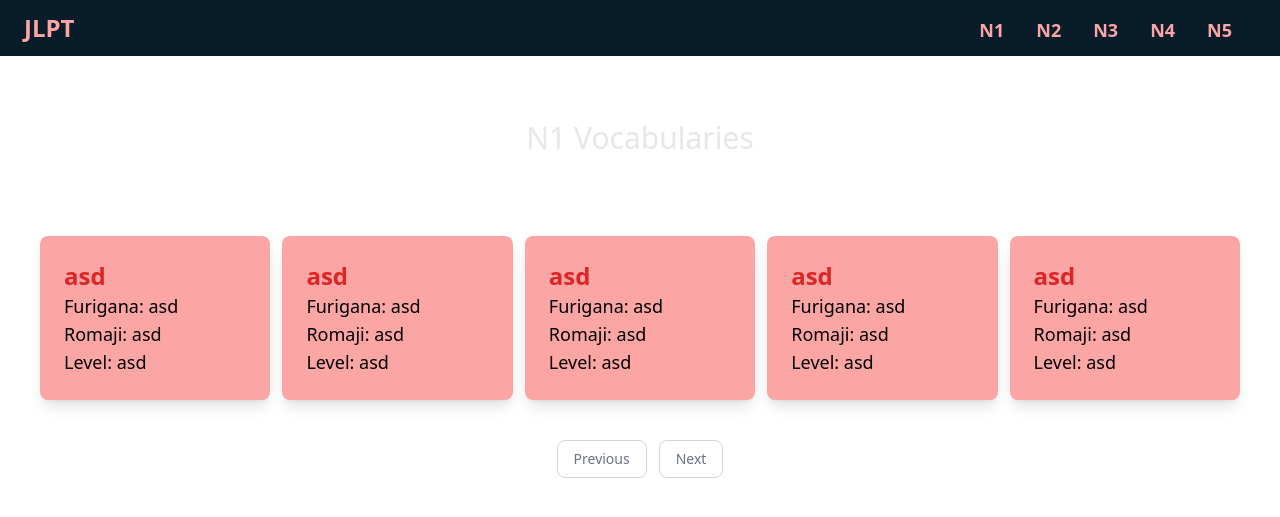
Repository: Penglee25/JLPT-vocabulary
Page: /n1
An editor plug-in stored every save of this project. The page is shown before and after a run of saves, followed by the edit.
The browser window is 1280 px wide. The pictures show the whole page.
The project was rebuilt for these pictures with package versions that can differ from the ones it lists, and the page was loaded fresh each time. The framework's server and built-in components were replaced by stand-ins that run in the browser. Also part of the build but not shown: next.config.js, src/styles/main.css.

Above is the page before, as saved 2023-03-17 15:05:55.

### src/pages/_app.tsx
import type { AppProps } from 'next/app';
import React from 'react';
import Head from '../components/head';

import '../styles/global.css';
import '../styles/main.css';

function MyApp({ Component, pageProps }: AppProps) {
  return (
    <React.Fragment>
      <Head />
      <Component {...pageProps} />
    </React.Fragment>
  )
}

export default MyApp;

### src/pages/n1.tsx
import Navbar from "../components/navbar";

export default function n1() {

    return (
        <div>
            <Navbar />
            <div className="container p-10">

                <div className="text-center my-20">
                    <span className="text-3xl text-gray-200">N1 Vocabularies</span>
                </div>

                <div className=" grid md:grid-cols-5 gap-3 grid-cols-3">
                    <div key={0} className="block rounded-lg bg-red-300 p-6 shadow-lg dark:bg-neutral-700">
                        <span className='text-2xl font-bold text-red-600'>asd</span>
                        <p className='my-0 text-lg'>Furigana: asd</p>
                        <p className='my-0 text-lg'>Romaji: asd</p>
                        <p className='my-0 text-lg'>Level: asd</p>
                    </div>
                    <div key={0} className="block rounded-lg bg-red-300 p-6 shadow-lg dark:bg-neutral-700">
                        <span className='text-2xl font-bold text-red-600'>asd</span>
                        <p className='my-0 text-lg'>Furigana: asd</p>
                        <p className='my-0 text-lg'>Romaji: asd</p>
                        <p className='my-0 text-lg'>Level: asd</p>
                    </div>
                    <div key={0} className="block rounded-lg bg-red-300 p-6 shadow-lg dark:bg-neutral-700">
                        <span className='text-2xl font-bold text-red-600'>asd</span>
                        <p className='my-0 text-lg'>Furigana: asd</p>
                        <p className='my-0 text-lg'>Romaji: asd</p>
                        <p className='my-0 text-lg'>Level: asd</p>
                    </div>
                    <div key={0} className="block rounded-lg bg-red-300 p-6 shadow-lg dark:bg-neutral-700">
                        <span className='text-2xl font-bold text-red-600'>asd</span>
                        <p className='my-0 text-lg'>Furigana: asd</p>
                        <p className='my-0 text-lg'>Romaji: asd</p>
                        <p className='my-0 text-lg'>Level: asd</p>
                    </div>
                    <div key={0} className="block rounded-lg bg-red-300 p-6 shadow-lg dark:bg-neutral-700">
                        <span className='text-2xl font-bold text-red-600'>asd</span>
                        <p className='my-0 text-lg'>Furigana: asd</p>
                        <p className='my-0 text-lg'>Romaji: asd</p>
                        <p className='my-0 text-lg'>Level: asd</p>
                    </div>
                </div>

                <div className="pagination text-center mt-10">
                    <a href="#" className="inline-flex items-center px-4 py-2 text-sm font-medium text-gray-500 bg-white border border-gray-300 rounded-lg hover:bg-gray-100 hover:text-gray-700 dark:bg-gray-800 dark:border-gray-700 dark:text-gray-400 dark:hover:bg-gray-700 dark:hover:text-white">
                        Previous
                    </a>
                    <a href="#" className="inline-flex items-center px-4 py-2 ml-3 text-sm font-medium text-gray-500 bg-white border border-gray-300 rounded-lg hover:bg-gray-100 hover:text-gray-700 dark:bg-gray-800 dark:border-gray-700 dark:text-gray-400 dark:hover:bg-gray-700 dark:hover:text-white">
                        Next
                    </a>
                </div>

            </div>
        </div>
    )
}

### src/components/head.tsx
import NextHead from 'next/head';

const title = 'JLPT Vocabulary API';
const desc = 'A RESTful / GraphQL API for JPLT vocabulary from N5 to N1';
const url = 'https://jlpt-keiz.vercel.app';

export default function Head() {
  return (
    <NextHead>
      <title>{title}</title>
      <meta name="description" content={desc} />
      <link rel="shortcut icon" type="image/x-icon" href="/icon-r.png" />

      <meta property="og:type" content="website" />
      <meta property="og:title" content={title} />
      <meta property="og:description" content={desc} />
      <meta property="og:url" content={url} />
      <meta property="og:image" content={`${url}/icon-s.png`} />

      <meta name="twitter:card" content="summary" />
    </NextHead>
  );
}

### src/styles/global.css
@tailwind base;
@tailwind components;
@tailwind utilities;

html {
  @apply antialiased;
}

.levels{
  color: #a2a2a2;
  font-weight: 600;
  transition: .3s;
  cursor: pointer;
}

.levels::after{
  content: '\261B';
  margin-left: 5px;
  position: absolute;
}

.levels:hover{
  color: black;
  text-decoration: underline;
}

### src/components/navbar.tsx
import Link from 'next/link'
import { useState } from 'react'

import { navLinks } from '../utils/data'

export default function Navbar() {
    const [isOpen, setIsOpen] = useState(false)
    const animate = useState(true)


    const NavMobile = ({ onClick }: any) => {
        // const animate = useStartAnimation()

        // return (
        //     <div className={`md:hidden flex flex-col text-white font-dosis w-11/12 mx-auto pl-2 pb-5 ${animate? '': 'translate-x-60 -translate-y-7 opacity-0'} transform transition duration-1000`}>

        //     </div>
        // )
    }

    return (
        <div style={{ backgroundColor: '#091c29' }} className='fixed top-0 w-full z-20 px-6'>
            <div className="w-full mx-auto py-3 flex items-center justify-between text-red-300 font-dosis transform transition duration-2500 text-2xl font-bold cursor-pointer">
                <Link href={navLinks[0].path}>
                <h3> JLPT </h3>
                </Link>
                <div className={`hidden md:block ${animate ? '' : 'translate-x-20 opacity-0'} transform transition duration-2500`}>
                    {
                        navLinks.map((nav: any, i) => (
                            <Link key={i} href={nav.path}>
                                <span className='font-bold text-lg mr-4 px-2 cursor-pointer border-b-2 border-transparent hover:border-white anim'>{nav.name}</span>
                            </Link>
                        ))
                    }
                </div>

                <div className='md:hidden -mr-1 flex'>
                </div>
            </div>


        </div>
    )
}

### src/utils/data.ts
export const navLinks = [
    { name: "",
     path: "/"
    },
    {
      name: "N1",
      path: "/n1",
    },
    {
      name: "N2",
      path: "/N2",
    },
    {
      name: "N3",
      path: "/N3",
    },
    {
      name: "N4",
      path: "/N4",
    },
    {
      name: "N5",
      path: "/N5",
    },
  ];

### tailwind.config.js
module.exports = {
	content: ["./src/**/*.tsx"],
	theme: {
		extend: {
			animation: {
				none: "none",
				spin: "spin 1s linear infinite",
				ping: "ping 1s cubic-bezier(0, 0, 0.2, 1) infinite",
				pulse: "pulse 2s cubic-bezier(0.4, 0, 0.6, 1) infinite",
				pulse1s: "pulse1s 1s cubic-bezier(0.4, 0, 0.6, 1) infinite",
				bounce: "bounce 1s infinite",
				newbounce: "newbounce 1s infinite",
				rebounce: "rebounce 1s infinite",
				float: "float 3s infinite",
				refloat: "refloat 3s infinite",
			},
			fontSize: {
				xs: ["0.75rem", { lineHeight: "1rem" }],
				sm: ["0.875rem", { lineHeight: "1.25rem" }],
				base: ["1rem", { lineHeight: "1.5rem" }],
				lg: ["1.125rem", { lineHeight: "1.75rem" }],
				xl: ["1.25rem", { lineHeight: "1.75rem" }],
				"2xl": ["1.5rem", { lineHeight: "2rem" }],
				"3xl": ["1.875rem", { lineHeight: "2.25rem" }],
				"4xl": ["2.25rem", { lineHeight: "2.5rem" }],
				"5xl": ["3rem", { lineHeight: "1" }],
				"6xl": ["3.75rem", { lineHeight: "1" }],
				"7xl": ["4.5rem", { lineHeight: "1" }],
				"8xl": ["6rem", { lineHeight: "1" }],
				"9xl": ["8rem", { lineHeight: "1" }],
			},
		},
	},
	plugins: [require("@tailwindcss/typography")],
};

After the next 2 saves:
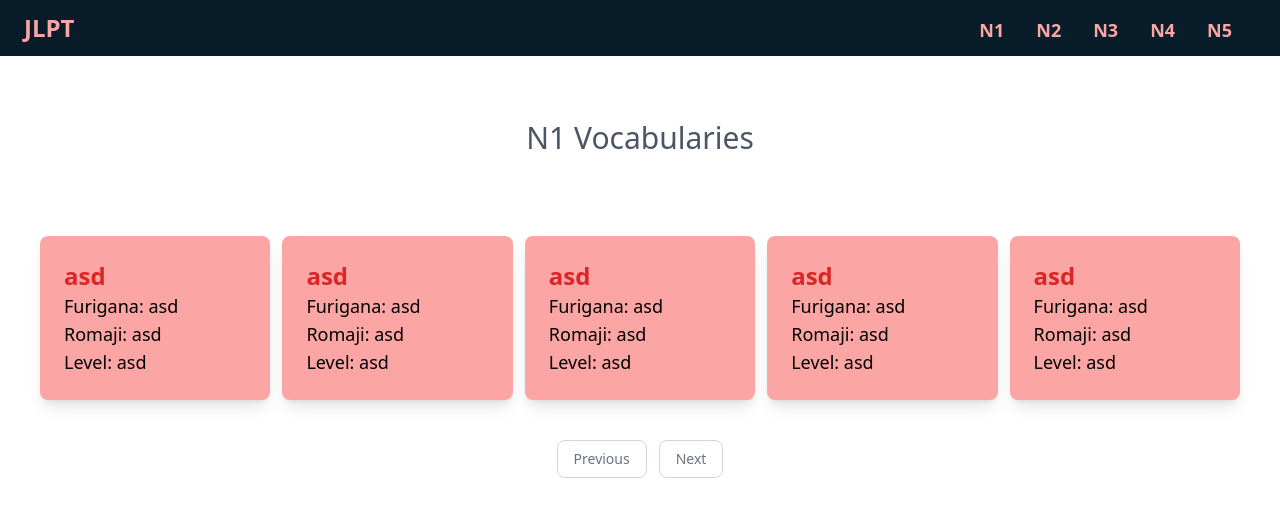
The 2 saves are shown as one change because they came seconds apart.
The last was saved 13 s later.
--- a/src/pages/n1.tsx
+++ b/src/pages/n1.tsx
@@ -8,7 +8,7 @@ export default function n1() {
             <div className="container p-10">
 
                 <div className="text-center my-20">
-                    <span className="text-3xl text-gray-200">N1 Vocabularies</span>
+                    <span className="text-3xl text-gray-600">N1 Vocabularies</span>
                 </div>
 
                 <div className=" grid md:grid-cols-5 gap-3 grid-cols-3">
